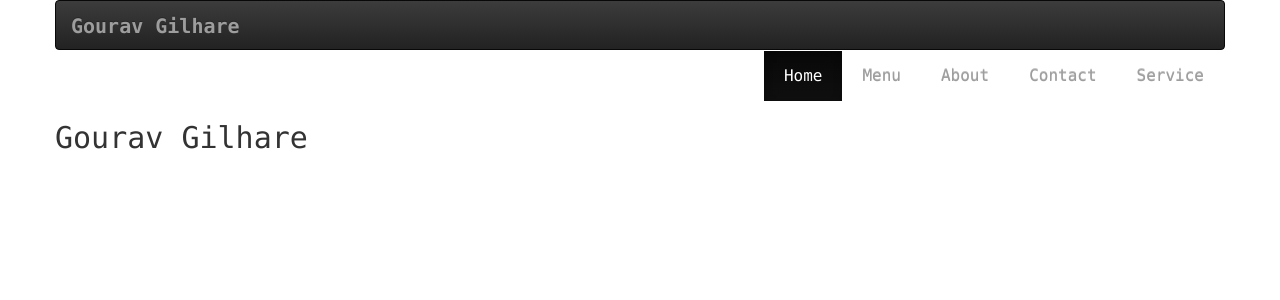
Repository: Gouravgilhare/Servlet
Page: http://localhost/feedback_app/
These files come from the project's save history. The page is drawn as it stood at one moment and after the next save; the edit follows.
The browser window is 1280 px wide. The pictures show the whole page.
The page is served by Tomcat 10.

Above is the page before, as saved 2025-07-17 06:09:40.

After the next save:
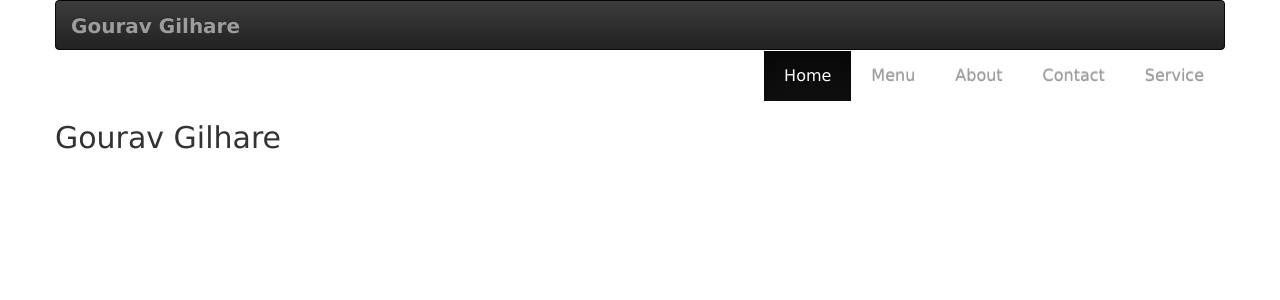
Saved 15 s later.
--- a/Feedback form/feedback_app/src/main/webapp/css/style.css
+++ b/Feedback form/feedback_app/src/main/webapp/css/style.css
@@ -3,7 +3,7 @@
 
 			*{
 
-				font-family : "consolas",sanserif;
+				font-family : "Verdana",sanserif;
 
 			}
 
